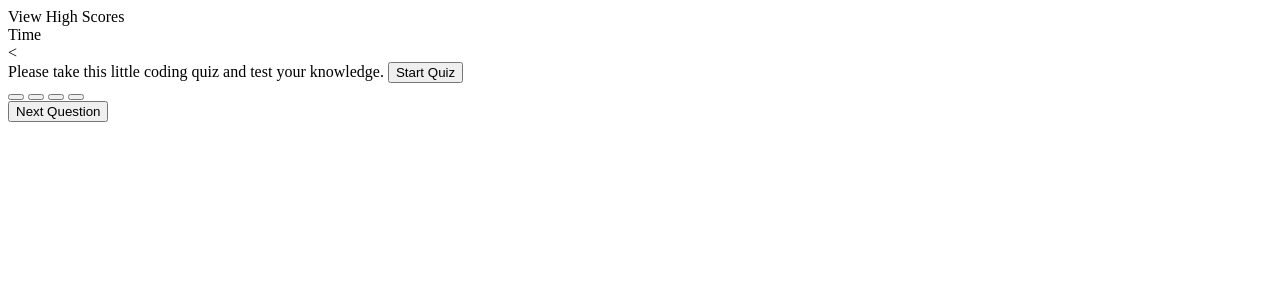
Repository: Naomilounsbury/code-quiz
Page: index.html
An editor plug-in stored every save of this project. The page is shown before and after the next save, followed by the edit.
The browser window is 1280 px wide. The pictures show the whole page.

Above is the page before, as saved 2021-11-27 13:35:19.

After the next save:
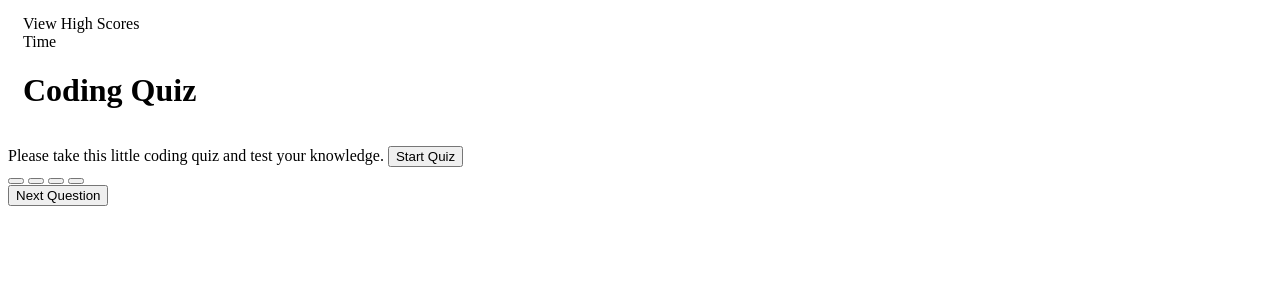
Saved 4 s later.
--- a/index.html
+++ b/index.html
@@ -5,18 +5,19 @@
     <meta http-equiv="X-UA-Compatible" content="IE=edge">
     <meta name="viewport" content="width=device-width, initial-scale=1.0">
     <title>Code Quiz</title>
+    <link rel="stylesheet" href="./assets/css/styles.css">
 </head>
 <body>
     <!-- basic words on the page, how do i get stuff inline? -->
  <header>
-    <div class="d-inline text-dark text-left">
+    <div class="high-scores">
      View High Scores
  </div>
  <!-- oh god I have to actually figure out how to do a timer -->
- <div class="d-inline text-right">
+ <div class="timeS">
      Time
  </div>
- <
+ <h1 class="title">Coding Quiz</h1>
 </header>
 <!-- I then created a div element to introduce, maybe I'll add more to it later -->
  <div>
